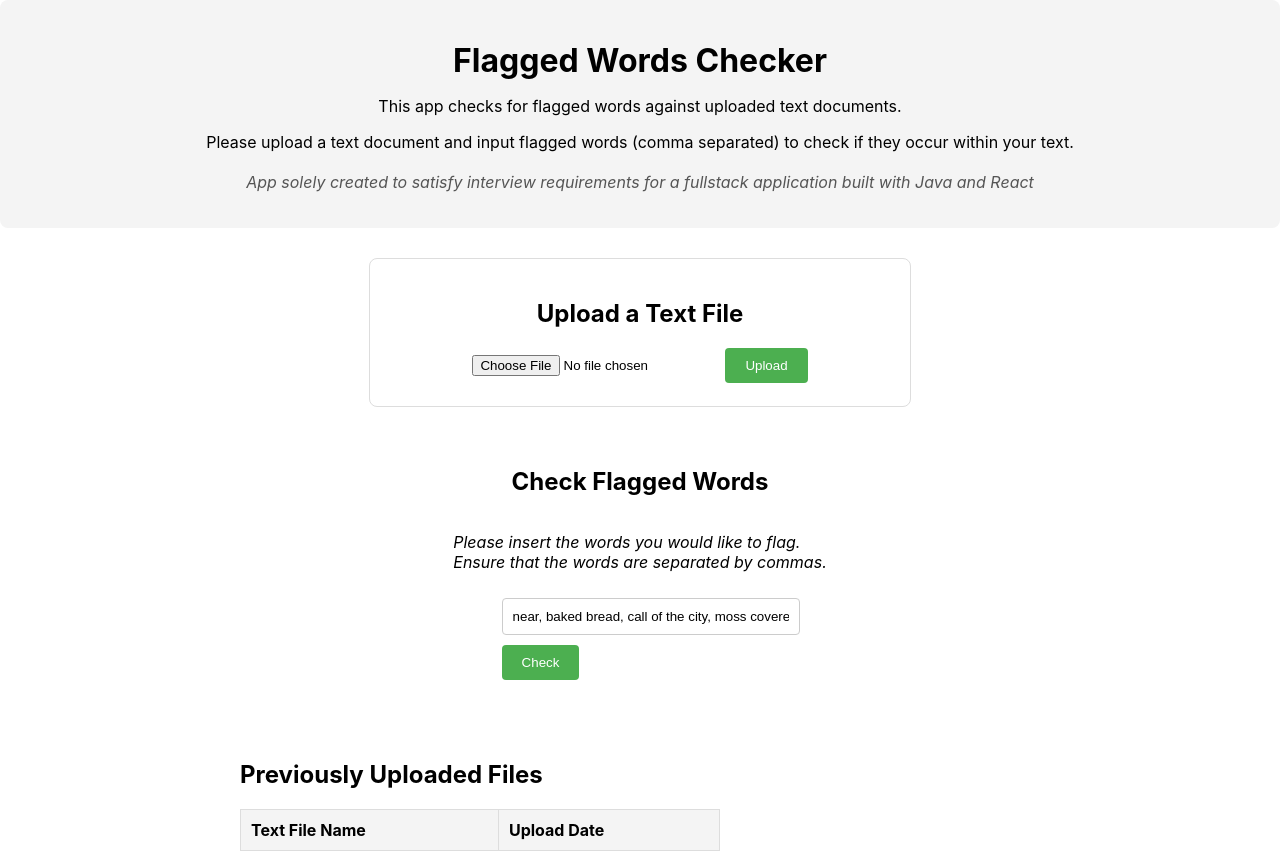
Repository: WafulaLukorito/flagged-Frontend
Page: /
The author's editor kept a copy of each file at every save. The page is drawn from the files as they stood at one save, then again after the next save.
The browser window is 1280 px wide. The pictures show the whole page.
The page's requests for data from a server got no answer. The project was rebuilt for these pictures with package versions that can differ from the ones it lists, and the page was loaded fresh each time. No one was signed in, and anything a server would have sent is missing.

Above is the page before, as saved 2024-01-21 00:22:18.

After the next save:
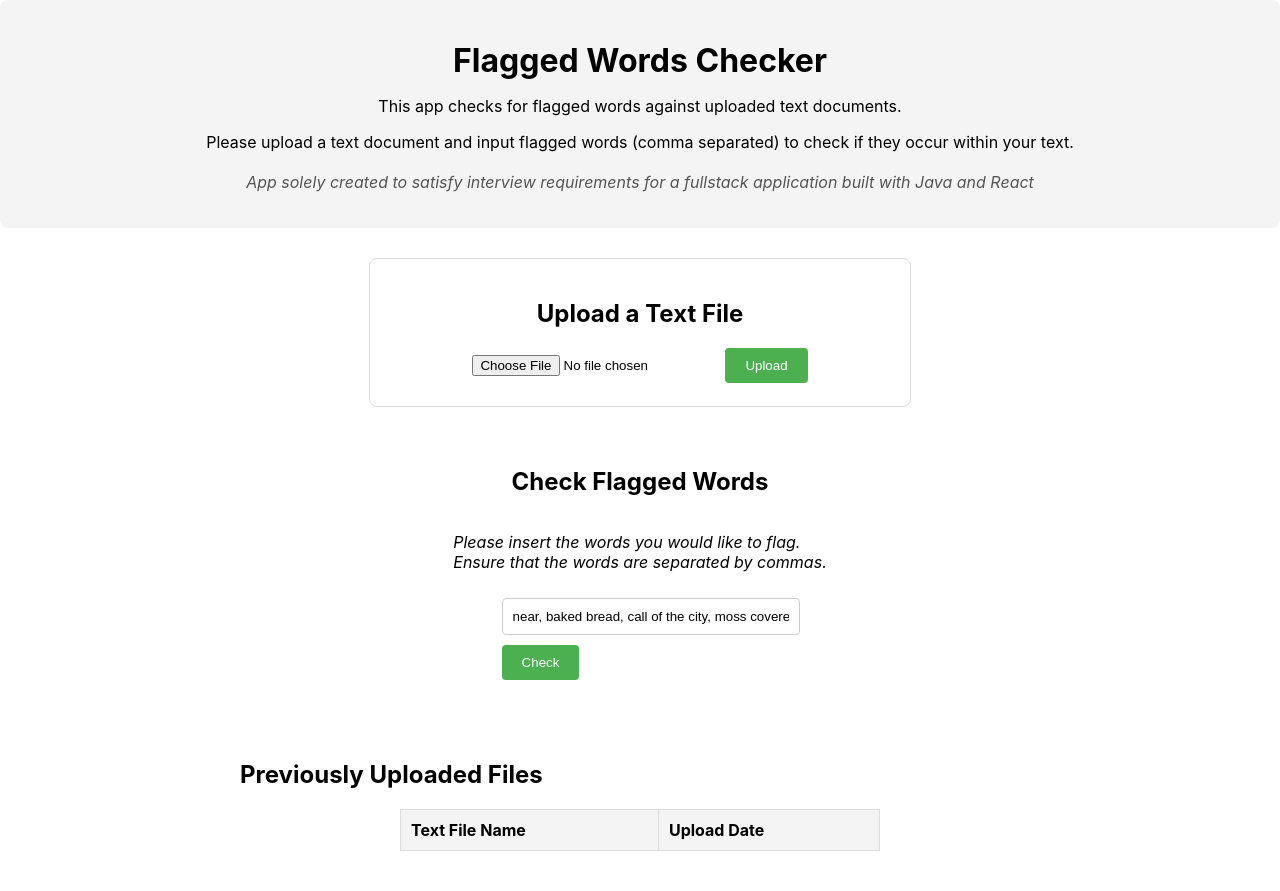
Saved 3 min 57 s later.
--- a/src/components/TextFilesTable/TextFilesTable.css
+++ b/src/components/TextFilesTable/TextFilesTable.css
@@ -1,4 +1,3 @@
-
 .table-container {
     max-width: 800px;
     margin: 20px auto;
@@ -7,8 +6,7 @@
 
 table {
     width: 60%;
-    margin: 0 auto;
-        float: left;
+    margin: 0 auto; /* Centers the table horizontally */
     border-collapse: collapse;
 }
 
